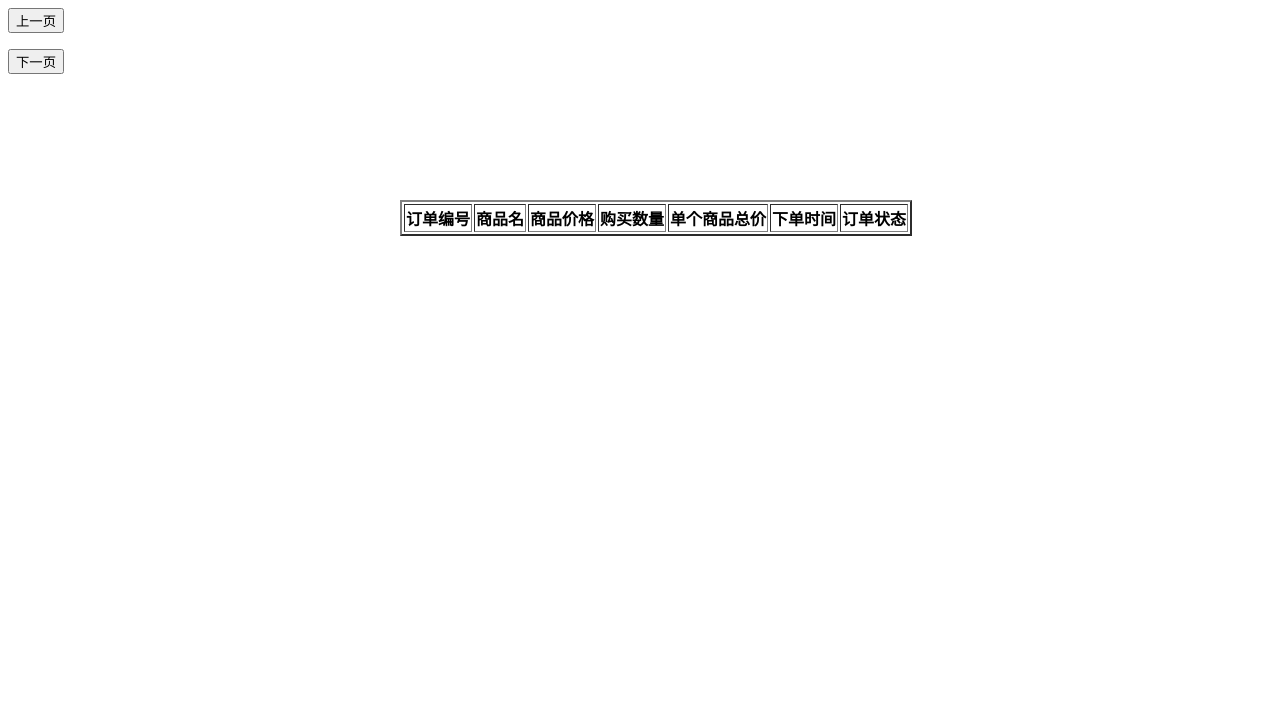
Repository: Gale-student/Gale-student.github.io
Page: http://localhost/weshop/OrdersDetailQueryAllServlet
An editor plug-in stored every save of this project. The page is shown before and after the next save, followed by the edit.
The browser window is 1280 px wide. The pictures show the whole page.
The page is served by Tomcat 9. Queries for data that is not in the repository find no rows.

Above is the page before, as saved 2022-10-04 08:58:35.

After the next save:
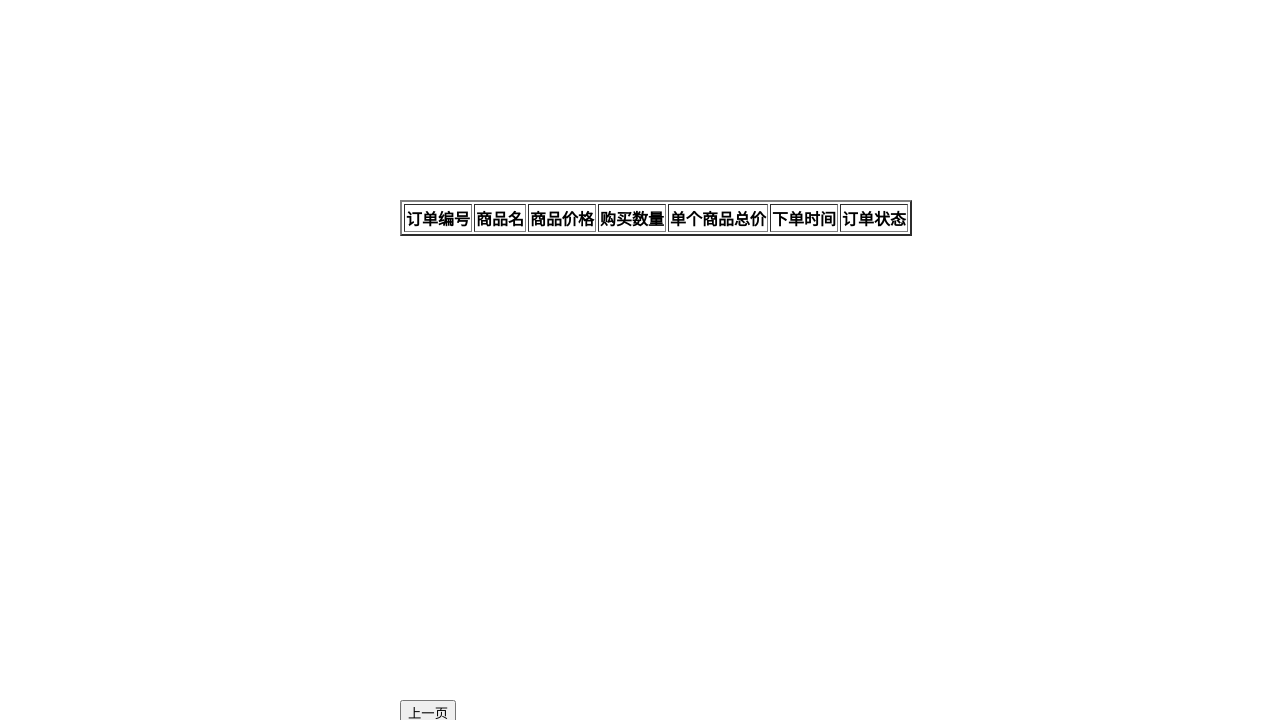
Saved 72 s later.
--- a/WeShop/weshop/WebRoot/WEB-INF/jsp/OrdersQueryOfUser.jsp
+++ b/WeShop/weshop/WebRoot/WEB-INF/jsp/OrdersQueryOfUser.jsp
@@ -48,11 +48,13 @@ String basePath = request.getScheme()+"://"+request.getServerName()+":"+request.
        </tr>
        <%} %>
     </table>
+    <div style="position: absolute; left: 400px; top: 700px;">
     <form action="" method="post">
        <input type="submit" value="上一页">
     </form>
     <form action="" method="post">
        <input type="submit" value="下一页">
     </form>
+    </div>
   </body>
 </html>
